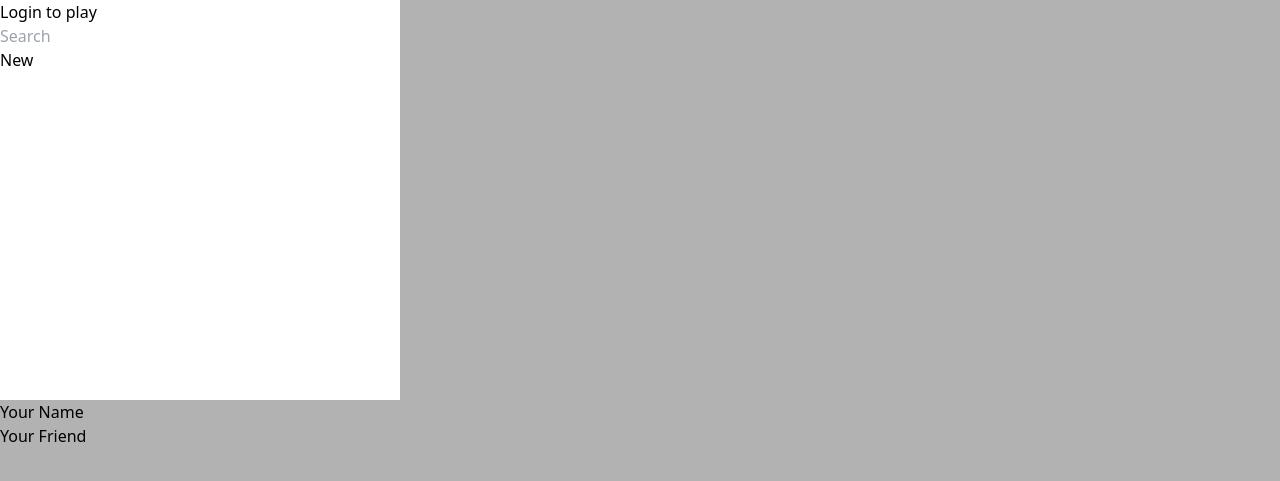
Repository: Teddy1705/demo_pj
Page: /
These files come from the project's save history. The page is drawn as it stood at one moment and after the next save; the edit follows.
The browser window is 1280 px wide. The pictures show the whole page.
The project was rebuilt for these pictures with package versions that can differ from the ones it lists, and the page was loaded fresh each time. Also part of the build but not shown: vite.config.js.

Above is the page before, as saved 2024-04-16 09:05:45.

### index.html
<!DOCTYPE html>
<html lang="en">
  <head>
    <meta charset="UTF-8" />
    <link rel="icon" type="image/svg+xml" href="/vite.svg" />
    <meta name="viewport" content="width=device-width, initial-scale=1.0" />
    <title>Tic Tac Toe</title>
    <link rel="stylesheet" href="./src/index.css" />
  </head>
  <body>
    <div id="root"></div>
    <script type="module" src="/src/main.jsx"></script>
  </body>
</html>

### src/index.css
:root {
  --white-color: #fff;
  --black-color: #000;
}

/*
1. Prevent padding and border from affecting element width. (https://github.com/mozdevs/cssremedy/issues/4)
2. Allow adding a border to an element by just adding a border-width. (https://github.com/tailwindcss/tailwindcss/pull/116)
*/

*,
::before,
::after {
  box-sizing: border-box;
  /* 1 */
  border-width: 0;
  /* 2 */
  border-style: solid;
  /* 2 */
  border-color: #e5e7eb;
  /* 2 */
}

::before,
::after {
  --tw-content: "";
}

/*
1. Use a consistent sensible line-height in all browsers.
2. Prevent adjustments of font size after orientation changes in iOS.
3. Use a more readable tab size.
4. Use the user's configured `sans` font-family by default.
5. Use the user's configured `sans` font-feature-settings by default.
6. Use the user's configured `sans` font-variation-settings by default.
7. Disable tap highlights on iOS
*/

html,
:host {
  line-height: 1.5;
  /* 1 */
  -webkit-text-size-adjust: 100%;
  /* 2 */
  -moz-tab-size: 4;
  /* 3 */
  -o-tab-size: 4;
  tab-size: 4;
  /* 3 */
  font-family: ui-sans-serif, system-ui, sans-serif, "Apple Color Emoji",
    "Segoe UI Emoji", "Segoe UI Symbol", "Noto Color Emoji";
  /* 4 */
  font-feature-settings: normal;
  /* 5 */
  font-variation-settings: normal;
  /* 6 */
  -webkit-tap-highlight-color: transparent;
  /* 7 */
}

/*
1. Remove the margin in all browsers.
2. Inherit line-height from `html` so users can set them as a class directly on the `html` element.
*/

body {
  margin: 0;
  /* 1 */
  line-height: inherit;
  /* 2 */
}

/*
1. Add the correct height in Firefox.
2. Correct the inheritance of border color in Firefox. (https://bugzilla.mozilla.org/show_bug.cgi?id=190655)
3. Ensure horizontal rules are visible by default.
*/

hr {
  height: 0;
  /* 1 */
  color: inherit;
  /* 2 */
  border-top-width: 1px;
  /* 3 */
}

/*
Add the correct text decoration in Chrome, Edge, and Safari.
*/

abbr:where([title]) {
  -webkit-text-decoration: underline dotted;
  text-decoration: underline dotted;
}

/*
Remove the default font size and weight for headings.
*/

h1,
h2,
h3,
h4,
h5,
h6 {
  font-size: inherit;
  font-weight: inherit;
}

/*
Reset links to optimize for opt-in styling instead of opt-out.
*/

a {
  color: inherit;
  text-decoration: inherit;
}

/*
Add the correct font weight in Edge and Safari.
*/

b,
strong {
  font-weight: bolder;
}

/*
1. Use the user's configured `mono` font-family by default.
2. Use the user's configured `mono` font-feature-settings by default.
3. Use the user's configured `mono` font-variation-settings by default.
4. Correct the odd `em` font sizing in all browsers.
*/

code,
kbd,
samp,
pre {
  font-family: ui-monospace, SFMono-Regular, Menlo, Monaco, Consolas,
    "Liberation Mono", "Courier New", monospace;
  /* 1 */
  font-feature-settings: normal;
  /* 2 */
  font-variation-settings: normal;
  /* 3 */
  font-size: 1em;
  /* 4 */
}

/*
Add the correct font size in all browsers.
*/

small {
  font-size: 80%;
}

/*
Prevent `sub` and `sup` elements from affecting the line height in all browsers.
*/

sub,
sup {
  font-size: 75%;
  line-height: 0;
  position: relative;
  vertical-align: baseline;
}

sub {
  bottom: -0.25em;
}

sup {
  top: -0.5em;
}

/*
1. Remove text indentation from table contents in Chrome and Safari. (https://bugs.chromium.org/p/chromium/issues/detail?id=999088, https://bugs.webkit.org/show_bug.cgi?id=201297)
2. Correct table border color inheritance in all Chrome and Safari. (https://bugs.chromium.org/p/chromium/issues/detail?id=935729, https://bugs.webkit.org/show_bug.cgi?id=195016)
3. Remove gaps between table borders by default.
*/

table {
  text-indent: 0;
  /* 1 */
  border-color: inherit;
  /* 2 */
  border-collapse: collapse;
  /* 3 */
}

/*
1. Change the font styles in all browsers.
2. Remove the margin in Firefox and Safari.
3. Remove default padding in all browsers.
*/

button,
input,
optgroup,
select,
textarea {
  font-family: inherit;
  /* 1 */
  font-feature-settings: inherit;
  /* 1 */
  font-variation-settings: inherit;
  /* 1 */
  font-size: 100%;
  /* 1 */
  font-weight: inherit;
  /* 1 */
  line-height: inherit;
  /* 1 */
  letter-spacing: inherit;
  /* 1 */
  color: inherit;
  /* 1 */
  margin: 0;
  /* 2 */
  padding: 0;
  /* 3 */
}

/*
Remove the inheritance of text transform in Edge and Firefox.
*/

button,
select {
  text-transform: none;
}

/*
1. Correct the inability to style clickable types in iOS and Safari.
2. Remove default button styles.
*/

button,
input:where([type="button"]),
input:where([type="reset"]),
input:where([type="submit"]) {
  -webkit-appearance: button;
  /* 1 */
  background-color: transparent;
  /* 2 */
  background-image: none;
  /* 2 */
}

/*
Use the modern Firefox focus style for all focusable elements.
*/

:-moz-focusring {
  outline: auto;
}

/*
Remove the additional `:invalid` styles in Firefox. (https://github.com/mozilla/gecko-dev/blob/2f9eacd9d3d995c937b4251a5557d95d494c9be1/layout/style/res/forms.css#L728-L737)
*/

:-moz-ui-invalid {
  box-shadow: none;
}

/*
Add the correct vertical alignment in Chrome and Firefox.
*/

progress {
  vertical-align: baseline;
}

/*
Correct the cursor style of increment and decrement buttons in Safari.
*/

::-webkit-inner-spin-button,
::-webkit-outer-spin-button {
  height: auto;
}

/*
1. Correct the odd appearance in Chrome and Safari.
2. Correct the outline style in Safari.
*/

[type="search"] {
  -webkit-appearance: textfield;
  /* 1 */
  outline-offset: -2px;
  /* 2 */
}

/*
Remove the inner padding in Chrome and Safari on macOS.
*/

::-webkit-search-decoration {
  -webkit-appearance: none;
}

/*
1. Correct the inability to style clickable types in iOS and Safari.
2. Change font properties to `inherit` in Safari.
*/

::-webkit-file-upload-button {
  -webkit-appearance: button;
  /* 1 */
  font: inherit;
  /* 2 */
}

/*
Add the correct display in Chrome and Safari.
*/

summary {
  display: list-item;
}

/*
Removes the default spacing and border for appropriate elements.
*/

blockquote,
dl,
dd,
h1,
h2,
h3,
h4,
h5,
h6,
hr,
figure,
p,
pre {
  margin: 0;
}

fieldset {
  margin: 0;
  padding: 0;
}

legend {
  padding: 0;
}

ol,
ul,
menu {
  list-style: none;
  margin: 0;
  padding: 0;
}

/*
Reset default styling for dialogs.
*/

dialog {
  padding: 0;
}

/*
Prevent resizing textareas horizontally by default.
*/

textarea {
  resize: vertical;
}

/*
1. Reset the default placeholder opacity in Firefox. (https://github.com/tailwindlabs/tailwindcss/issues/3300)
2. Set the default placeholder color to the user's configured gray 400 color.
*/

input::-moz-placeholder,
textarea::-moz-placeholder {
  opacity: 1;
  /* 1 */
  color: #9ca3af;
  /* 2 */
}

input::placeholder,
textarea::placeholder {
  opacity: 1;
  /* 1 */
  color: #9ca3af;
  /* 2 */
}

/*
Set the default cursor for buttons.
*/

button,
[role="button"] {
  cursor: pointer;
}

/*
Make sure disabled buttons don't get the pointer cursor.
*/

:disabled {
  cursor: default;
}

/*
1. Make replaced elements `display: block` by default. (https://github.com/mozdevs/cssremedy/issues/14)
2. Add `vertical-align: middle` to align replaced elements more sensibly by default. (https://github.com/jensimmons/cssremedy/issues/14#issuecomment-634934210)
   This can trigger a poorly considered lint error in some tools but is included by design.
*/

img,
svg,
video,
canvas,
audio,
iframe,
embed,
object {
  display: block;
  /* 1 */
  vertical-align: middle;
  /* 2 */
}

/*
Constrain images and videos to the parent width and preserve their intrinsic aspect ratio. (https://github.com/mozdevs/cssremedy/issues/14)
*/

img,
video {
  max-width: 100%;
  height: auto;
}

/* Make elements with the HTML hidden attribute stay hidden by default */

[hidden] {
  display: none;
}

*,
::before,
::after {
  --tw-border-spacing-x: 0;
  --tw-border-spacing-y: 0;
  --tw-translate-x: 0;
  --tw-translate-y: 0;
  --tw-rotate: 0;
  --tw-skew-x: 0;
  --tw-skew-y: 0;
  --tw-scale-x: 1;
  --tw-scale-y: 1;
  --tw-pan-x: ;
  --tw-pan-y: ;
  --tw-pinch-zoom: ;
  --tw-scroll-snap-strictness: proximity;
  --tw-gradient-from-position: ;
  --tw-gradient-via-position: ;
  --tw-gradient-to-position: ;
  --tw-ordinal: ;
  --tw-slashed-zero: ;
  --tw-numeric-figure: ;
  --tw-numeric-spacing: ;
  --tw-numeric-fraction: ;
  --tw-ring-inset: ;
  --tw-ring-offset-width: 0px;
  --tw-ring-offset-color: #fff;
  --tw-ring-color: rgb(59 130 246 / 0.5);
  --tw-ring-offset-shadow: 0 0 #0000;
  --tw-ring-shadow: 0 0 #0000;
  --tw-shadow: 0 0 #0000;
  --tw-shadow-colored: 0 0 #0000;
  --tw-blur: ;
  --tw-brightness: ;
  --tw-contrast: ;
  --tw-grayscale: ;
  --tw-hue-rotate: ;
  --tw-invert: ;
  --tw-saturate: ;
  --tw-sepia: ;
  --tw-drop-shadow: ;
  --tw-backdrop-blur: ;
  --tw-backdrop-brightness: ;
  --tw-backdrop-contrast: ;
  --tw-backdrop-grayscale: ;
  --tw-backdrop-hue-rotate: ;
  --tw-backdrop-invert: ;
  --tw-backdrop-opacity: ;
  --tw-backdrop-saturate: ;
  --tw-backdrop-sepia: ;
  --tw-contain-size: ;
  --tw-contain-layout: ;
  --tw-contain-paint: ;
  --tw-contain-style: ;
}

::backdrop {
  --tw-border-spacing-x: 0;
  --tw-border-spacing-y: 0;
  --tw-translate-x: 0;
  --tw-translate-y: 0;
  --tw-rotate: 0;
  --tw-skew-x: 0;
  --tw-skew-y: 0;
  --tw-scale-x: 1;
  --tw-scale-y: 1;
  --tw-pan-x: ;
  --tw-pan-y: ;
  --tw-pinch-zoom: ;
  --tw-scroll-snap-strictness: proximity;
  --tw-gradient-from-position: ;
  --tw-gradient-via-position: ;
  --tw-gradient-to-position: ;
  --tw-ordinal: ;
  --tw-slashed-zero: ;
  --tw-numeric-figure: ;
  --tw-numeric-spacing: ;
  --tw-numeric-fraction: ;
  --tw-ring-inset: ;
  --tw-ring-offset-width: 0px;
  --tw-ring-offset-color: #fff;
  --tw-ring-color: rgb(59 130 246 / 0.5);
  --tw-ring-offset-shadow: 0 0 #0000;
  --tw-ring-shadow: 0 0 #0000;
  --tw-shadow: 0 0 #0000;
  --tw-shadow-colored: 0 0 #0000;
  --tw-blur: ;
  --tw-brightness: ;
  --tw-contrast: ;
  --tw-grayscale: ;
  --tw-hue-rotate: ;
  --tw-invert: ;
  --tw-saturate: ;
  --tw-sepia: ;
  --tw-drop-shadow: ;
  --tw-backdrop-blur: ;
  --tw-backdrop-brightness: ;
  --tw-backdrop-contrast: ;
  --tw-backdrop-grayscale: ;
  --tw-backdrop-hue-rotate: ;
  --tw-backdrop-invert: ;
  --tw-backdrop-opacity: ;
  --tw-backdrop-saturate: ;
  --tw-backdrop-sepia: ;
  --tw-contain-size: ;
  --tw-contain-layout: ;
  --tw-contain-paint: ;
  --tw-contain-style: ;
}

#modal {
  position: fixed;
  top: 0;
  right: 0;
  bottom: 0;
  left: 0;
}

#modal .modal__overlay {
  position: absolute;
  width: 100%;
  height: 100%;
  background-color: rgba(0, 0, 0, 0.3);
}

#modal .modal__body {
  position: relative;
  background-color: var(--white-color);
  margin: 0;
  width: 400px;
  height: 400px;
}

### src/main.jsx
import React from "react";
import ReactDOM from "react-dom/client";
import App from "./App.jsx";
import { createBrowserRouter, RouterProvider } from "react-router-dom";
import Root from "./routes/root";
import "./index.css";

const router = createBrowserRouter([
  {
    path: "/",
    element: <Root />,
  },
]);

ReactDOM.createRoot(document.getElementById("root")).render(
  <React.StrictMode>
    <RouterProvider router={router} />
    <App />
  </React.StrictMode>
);

### src/routes/root.jsx
export default function Root() {
  return (
    <>
      <div id="modal">
        <div className="modal__overlay"></div>
        <div className="modal__body">
          <h1>Login to play</h1>
          <form id="search-form" role="search">
            <input
              id="q"
              aria-label="Search contacts"
              placeholder="Search"
              type="search"
              name="q"
            />
            <div id="search-spinner" aria-hidden hidden={true} />
            <div className="sr-only" aria-live="polite"></div>
          </form>
          <form method="post">
            <button type="submit">New</button>
          </form>
        </div>
        <nav>
          <ul>
            <li>
              <a
                href={`https://codesandbox.io/s/q2z497?file=%2Fsrc%2FApp.js&utm_medium=sandpack`}
              >
                Your Name
              </a>
            </li>
            <li>
              <a href={`/contacts/2`}>Your Friend</a>
            </li>
          </ul>
        </nav>
      </div>
      <div id="detail"></div>
    </>
  );
}

Loaded but not shown: src/App.jsx (common file)

After the next save:
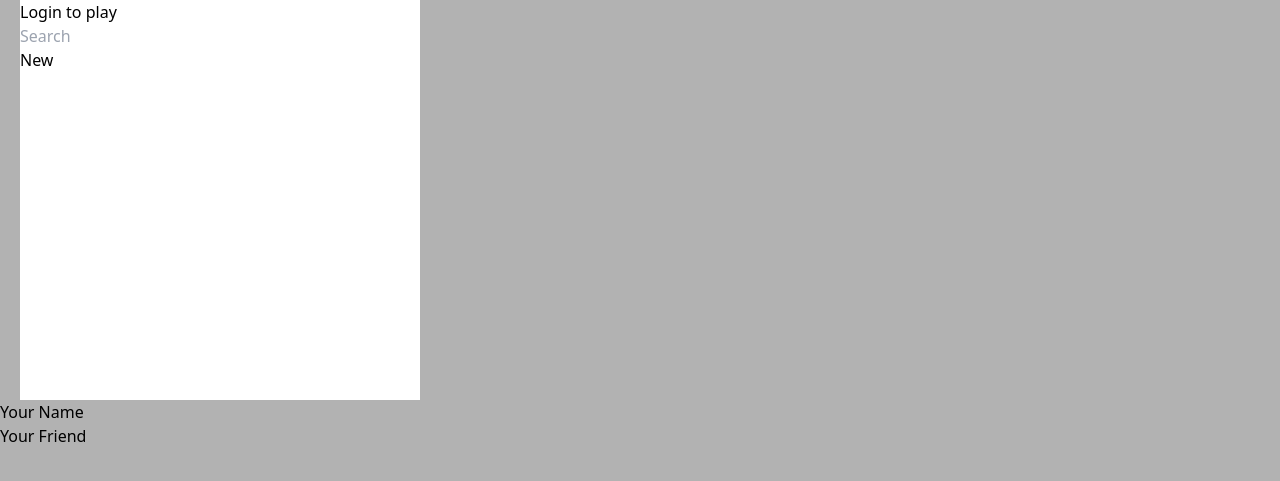
Saved 10 s later.
--- a/src/index.css
+++ b/src/index.css
@@ -578,7 +578,7 @@ video {
 #modal .modal__body {
   position: relative;
   background-color: var(--white-color);
-  margin: 0;
+  margin: 0 20px;
   width: 400px;
   height: 400px;
 }
